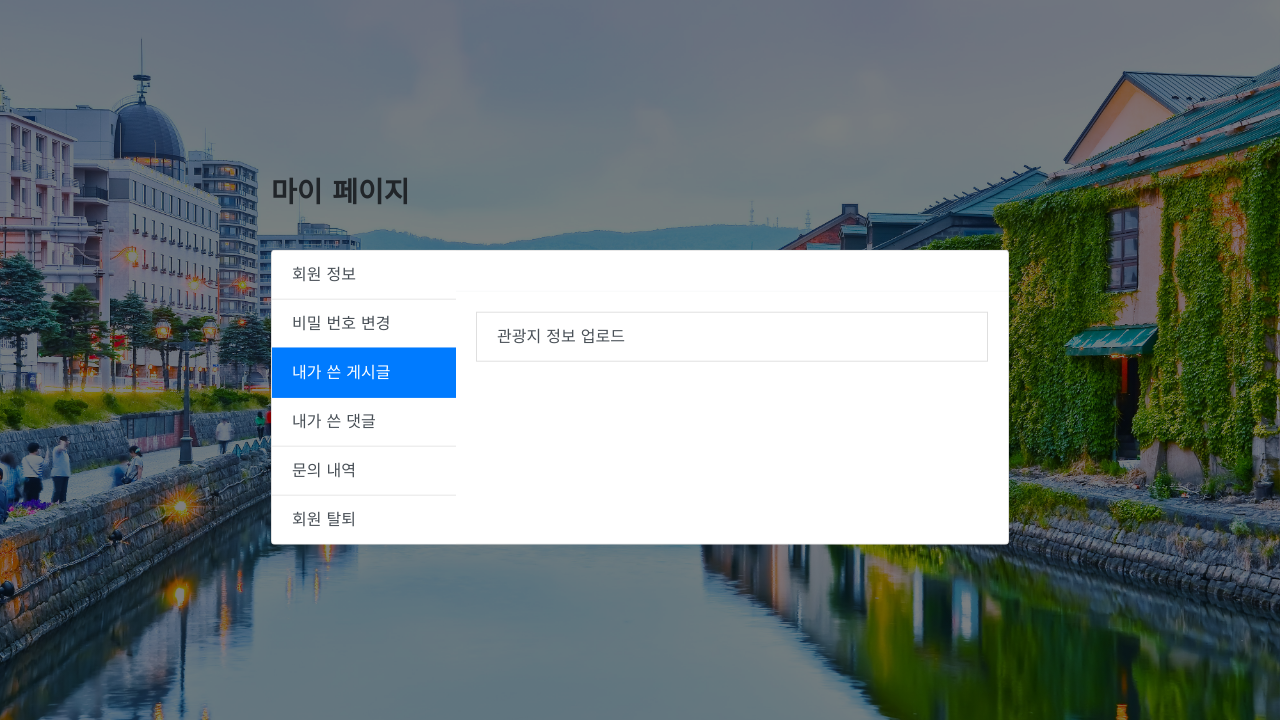
Repository: ExiNni/Travel-Project
Page: http://localhost/project_login/myPage/user-post.jsp
An editor plug-in stored every save of this project. The page is shown before and after the next save, followed by the edit.
The browser window is 1280 px wide. The pictures show the whole page.
The page is served by Tomcat 9.

Above is the page before, as saved 2023-11-14 06:13:56.

After the next save:
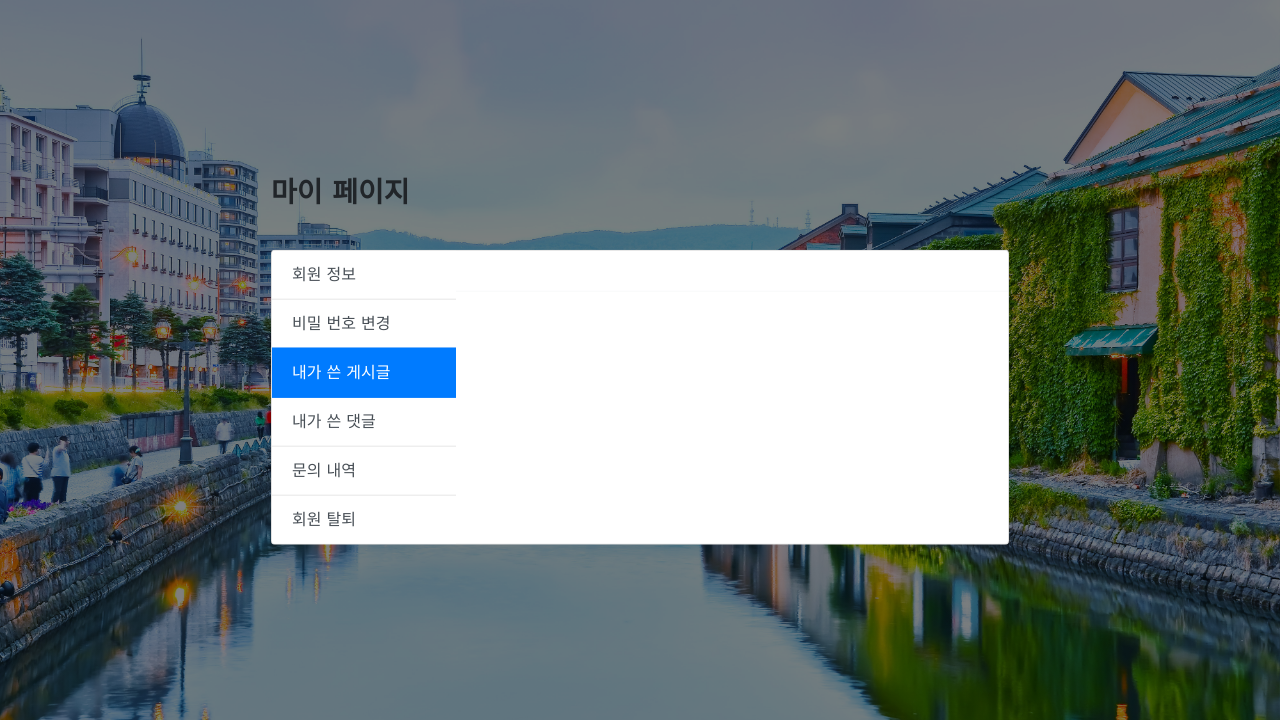
Console error: TypeError: Cannot read properties of null (reading 'addEventListener')
Saved 107 min 52 s later.
--- a/project_login/src/main/webapp/myPage/user-post.jsp
+++ b/project_login/src/main/webapp/myPage/user-post.jsp
@@ -46,9 +46,6 @@
                             </div>
                             <hr class="border-light m-0">
                             <div class="card-body">
-
-                                <a class="list-group-item list-group-item-action" data-toggle="list" href="javascript:void(0);" id="uploadBtn">관광지 정보 업로드</a>
-
                             </div>
                         </div>
                     </div>
